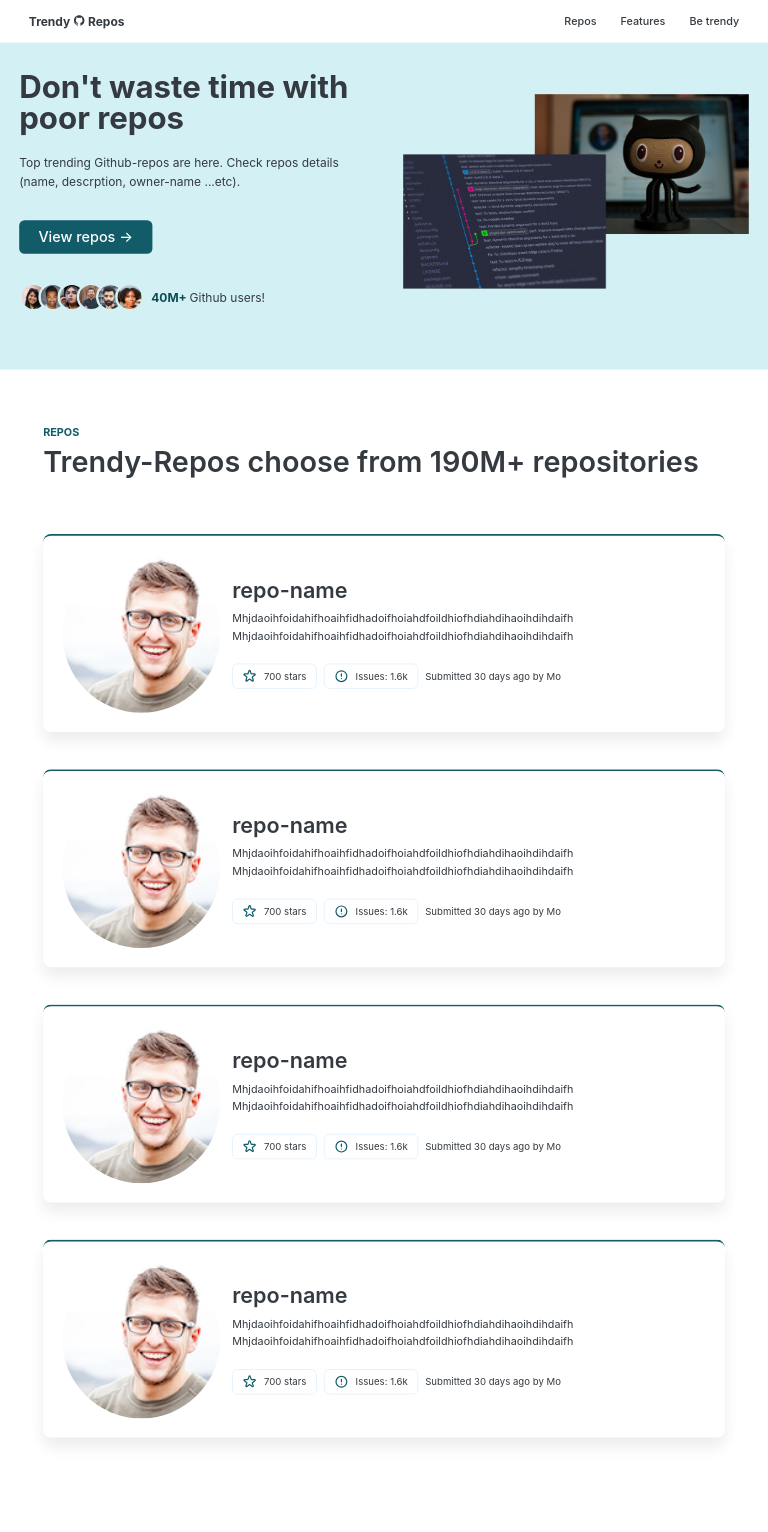
Repository: MoRamdan11/Trending-repos-challenge
Page: /
The author's editor kept a copy of each file at every save. The page is drawn from the files as they stood at one save, then again after the next save.
The browser window is 1280 px wide. The pictures show the whole page, at 60% of full size.
Some web libraries are served in a nearby version. The project was rebuilt for these pictures with package versions that can differ from the ones it lists, and the page was loaded fresh each time. Also part of the build but not shown: src/App.css, src/components/test.js.

Above is the page before, as saved 2021-09-02 02:10:59.

### public/index.html
<!DOCTYPE html>
<html lang="en">
  <head>
    <meta charset="utf-8" />
    <link rel="icon" href="%PUBLIC_URL%/favicon.ico" />
    <meta name="viewport" content="width=device-width, initial-scale=1" />
    <meta name="theme-color" content="#000000" />
    <meta
      name="description"
      content="Web site created using create-react-app"
    />
    <link rel="apple-touch-icon" href="%PUBLIC_URL%/logo192.png" />
    <link rel="manifest" href="%PUBLIC_URL%/manifest.json" />
    <title>React App</title>
    <link
      href="https://fonts.googleapis.com/css2?family=Rubik:wght@400;500;600;700&display=swap"
      rel="stylesheet"
    />
    <link rel="stylesheet" href="style.css" />
    <script
      type="module"
      src="https://unpkg.com/ionicons@5.4.0/dist/ionicons/ionicons.esm.js"
    ></script>
    <script
      nomodule=""
      src="https://unpkg.com/ionicons@5.4.0/dist/ionicons/ionicons.js"
    ></script>
  </head>
  <body>
    <noscript>You need to enable JavaScript to run this app.</noscript>
    <div id="root"></div>
  </body>
</html>

### src/App.js
import "./App.css";
import {
  BrowserRouter,
  Route,
  Switch,
  Link,
  NavLink,
  Router,
} from "react-router-dom";
import Test from "./components/test";
import Hero from "./components/Hero/hero.js";
import Home from "./pages/home.js";

function App() {
  return (
    <BrowserRouter>
      <div>
        <Switch>
          <Route path="/" component={Home} exact={true} />
        </Switch>
      </div>
    </BrowserRouter>
  );
}

export default App;

### src/components/Hero/hero.js
import React from "react";
import "./hero.css";

const Hero = () => {
  return (
    <div className="hero">
      <div className="hero-container grid grid--2cols">
        <div>
          <h1 className="heading-primay">Don't waste time with poor repos</h1>
          <p className="hero-text">
            Top trending Github-repos are here. Check repos details (name,
            descrption, owner-name ...etc).
          </p>
          <a href="#" className="btn">
            View repos &rarr;
          </a>
          <div className="users-container">
            <div className="user-imgs">
              <img
                src={require("../../img/users/user-1.jpg").default}
                alt="github-user-img"
              />
              <img
                src={require("../../img/users/user-2.jpg").default}
                alt="github-user-img"
              />
              <img
                src={require("../../img/users/user-3.jpg").default}
                alt="github-user-img"
              />
              <img
                src={require("../../img/users/user-4.jpg").default}
                alt="github-user-img"
              />
              <img
                src={require("../../img/users/user-5.jpg").default}
                alt="github-user-img"
              />
              <img
                src={require("../../img/users/user-6.jpg").default}
                alt="github-user-img"
              />
            </div>
            <p className="users-text">
              <span>40M+ </span>Github users!
            </p>
          </div>
        </div>
        <div className="hero-img-box">
          <img
            class="hero-img"
            src={require("./hero-img.png").default}
            alt="github logo and github code"
          />
        </div>
      </div>
    </div>
  );
};

export default Hero;

### src/pages/home.js
import React from "react";
import Navbar from "../components/Navbar/navbar";
import Hero from "../components/Hero/hero";
import Repos from "../components/section-repos";
const Home = () => {
  return (
    <header>
      <Navbar />
      <Hero />
      <Repos />
    </header>
  );
};

export default Home;

### src/components/Hero/hero.css
.hero {
  background-color: #d3f1f5;
  padding: 4.8rem 0 9.6rem 0;
}

.hero-container {
  max-width: 130rem;
  margin: 0 auto;
  /*padding left-rigt to give some space when screen become smaller*/
  padding: 0 3.2rem;
}

.hero-text {
  font-size: 2rem;
  line-height: 1.6;
  margin-bottom: 4.8rem;
}

.hero-img-box {
  align-self: center;
}

.hero-img {
  width: 100%;
}

.users-container {
  display: flex;
  align-items: center;
  gap: 1.2rem;
  margin-top: 4.8rem;
}

.user-imgs img {
  width: 4.8rem;
  height: 4.8rem;
  border-radius: 50%;
  margin-right: -1.6rem;
  border: 4px solid #d3f1f5;
}

.user-imgs img:last-child {
  margin-right: 0;
}

.users-text {
  font-size: 2rem;
  line-height: 1.6;
}
.users-text span {
  font-weight: 700;
  color: #0e4a53;
}

### src/components/Navbar/navbar.js
import React from "react";
import "./navbar.css";

const Navbar = () => {
  return (
    <header className="main-header">
      <h1 className="nav-header">
        Trendy <ion-icon name="logo-github"></ion-icon> Repos
      </h1>
      <nav className="main-nav">
        <ul className="nav-list">
          <a className="nav-link" href="#">
            Repos
          </a>
          <a className="nav-link" href="#">
            Features
          </a>
          <a className="nav-link" href="#">
            Be trendy
          </a>
        </ul>
      </nav>
    </header>
  );
};

export default Navbar;

### src/components/section-repos.js
import React from "react";
import Repo from "./Repo-Row/repo";
import "./section-repos.css";

const Repos = () => {
  return (
    <section className="section-repos">
      <div className="container">
        <header>
          <p className="subheading">Repos</p>
          <h2 className="heading-secondary">
            Trendy-Repos choose from 190M+ repositories
          </h2>
        </header>
        <div>
          <Repo />
          <Repo major="1" />
          <Repo />
          <Repo major="1" />
        </div>
      </div>
    </section>
  );
};

export default Repos;

### src/components/Navbar/navbar.css
.main-header {
  padding: 2.4rem 4.8rem;
  display: flex;
  justify-content: space-between;
  align-items: center;
}

.nav-list {
  list-style: none;
  display: flex;
  gap: 4rem;
}

.nav-link:link,
.nav-link:visited {
  display: inline-block;
  text-decoration: none;
  color: #343a40;
  font-size: 1.8rem;
  font-weight: 500;
}

/*
- Font sizes (px)
10 / 12 / 14 / 16 / 18 / 20 / 24 / 30 / 36 / 44 / 52 / 62 / 74 / 86 / 98

- Spacing system (px)
2 / 4 / 8 / 12 / 16 / 24 / 32 / 48 / 64 / 80 / 96 / 128
*/

### src/components/Repo-Row/repo.js
import React from "react";
import "./repo.css";
const Repo = (props) => {
  return (
    <div
      className="repo-box"
      // style={{ backgroundColor: props.major == 1 && "#fff" }}
    >
      <img
        src={require("../../img/users/steve.jpg").default}
        alt="repo-owner-img"
        className="repo-img"
      />
      <div>
        <p className="repo-name">repo-name</p>
        <p className="repo-description">
          Mhjdaoihfoidahifhoaihfidhadoifhoiahdfoildhiofhdiahdihaoihdihdaifh
          Mhjdaoihfoidahifhoaihfidhadoifhoiahdfoildhiofhdiahdihaoihdihdaifh
        </p>
        <aside className="repo-secondary-info">
          <div className="repo-stars">
            <svg
              xmlns="http://www.w3.org/2000/svg"
              class="icon"
              fill="none"
              viewBox="0 0 24 24"
              stroke="currentColor"
            >
              <path
                stroke-linecap="round"
                stroke-linejoin="round"
                stroke-width="2"
                d="M11.049 2.927c.3-.921 1.603-.921 1.902 0l1.519 4.674a1 1 0 00.95.69h4.915c.969 0 1.371 1.24.588 1.81l-3.976 2.888a1 1 0 00-.363 1.118l1.518 4.674c.3.922-.755 1.688-1.538 1.118l-3.976-2.888a1 1 0 00-1.176 0l-3.976 2.888c-.783.57-1.838-.197-1.538-1.118l1.518-4.674a1 1 0 00-.363-1.118l-3.976-2.888c-.784-.57-.38-1.81.588-1.81h4.914a1 1 0 00.951-.69l1.519-4.674z"
              />
            </svg>
            <p>700 stars</p>
          </div>
          <div className="repo-issues">
            <svg
              xmlns="http://www.w3.org/2000/svg"
              class="icon"
              fill="none"
              viewBox="0 0 24 24"
              stroke="currentColor"
            >
              <path
                stroke-linecap="round"
                stroke-linejoin="round"
                stroke-width="2"
                d="M12 8v4m0 4h.01M21 12a9 9 0 11-18 0 9 9 0 0118 0z"
              />
            </svg>
            <p>Issues: 1.6k</p>
          </div>
          <p className="repo-submit">Submitted 30 days ago by Mo</p>
        </aside>
      </div>
    </div>
  );
};

export default Repo;

### src/components/section-repos.css
.section-repos {
  padding: 9.6rem 0;
}

### src/components/Repo-Row/repo.css
.repo-box {
  /*Special-Grid*/
  display: grid;
  grid-template-columns: 1fr 3fr;
  column-gap: 2rem;
  box-shadow: 0 1.6rem 2.4rem rgba(0, 0, 0, 0.075);
  padding: 3.2rem;
  border-radius: 13px;
  align-items: center;
  border-top: 3px solid #115c68;
  transition: all 0.4s;
  margin-bottom: 6.2rem;
  overflow: hidden;
}

/* .repo-box:first-child {
  border: none;
} */
.repo-box:hover {
  transform: translateY(-1.2rem);
}
.repo-img {
  width: 100%;
  border-radius: 50%;
  transition: all 0.3s;
}

/* .repo-img:hover {
  transform: scale(1.1);
} */
.repo-name {
  font-size: 3.6rem;
  font-weight: 600;
  margin-bottom: 1.6rem;
}

.repo-description {
  font-size: 1.8rem;
  line-height: 1.6;
  margin-bottom: 3.2rem;
}

.repo-secondary-info {
  display: flex;
  gap: 1.2rem;
  align-items: center;
}

.repo-stars,
.repo-issues {
  font-size: 1.6rem;
  padding: 0.8rem 1.6rem;
  border-radius: 9px;
  border: 1px solid #d6ebfc;
  display: flex;
  align-items: center;
  gap: 1.2rem;
}

.icon {
  width: 2.4rem;
  height: 2.4rem;
  color: #115c68;
}

.repo-submit {
  font-size: 1.6rem;
}

### public/style.css
* {
  margin: 0;
  padding: 0;
  box-sizing: border-box;
}

html {
  font-size: 62.5%;
}

body {
  font-family: "Rubik", sans-serif;
  line-height: 1;
  font-weight: 400;
  color: #343a40;
}

/***********************/
/*RESUABLE CLASSES*/
/**********************/

.grid {
  display: grid;
  column-gap: 6.4rem;
  row-gap: 9.6rem;
}

.grid--2cols {
  grid-template-columns: repeat(2, 1fr);
}

.container {
  max-width: 120rem;
  margin: 0 auto;
  /*padding left-rigt to give some space when screen become smaller*/
  padding: 0 3.2rem;
}

.heading-primay {
  font-size: 5.2rem;
  font-weight: 700;
  margin-bottom: 3.2rem;
}

.heading-secondary {
  font-size: 4.8rem;
  font-weight: 600;
  margin-bottom: 9.6rem;
}

.subheading {
  font-size: 1.8rem;
  text-transform: uppercase;
  font-weight: 700;
  color: #115c68;
  margin-bottom: 1.6rem;
}

.btn:link,
.btn:visited {
  display: inline-block; /*Applying box model to <a> tag*/
  text-decoration: none;
  font-size: 2.4rem;
  font-weight: 500;
  padding: 1.6rem 3.2rem;
  border-radius: 9px;
  background-color: #115c68;
  color: #fff;
  transition: all 0.3s;
  cursor: pointer;
}

.btn:hover,
.btn:active {
  background-color: #0e4a53;
}

/* .container {
  padding: 9.6rem 0;
} */
/*
--- 01 TYPOGRAPHY SYSTEM

- Font sizes (px)
10 / 12 / 14 / 16 / 18 / 20 / 24 / 30 / 36 / 44 / 52 / 62 / 74 / 86 / 98

h1-size: 5.2rem
p-size: 2rem

- Font weights
Default: 400
Medium: 500
Semi-bold: 600
Bold: 700

- Line heights
Default: 1
Small: 1.05
Medium: 1.2
Paragraph default: 1.6

- Letter spacing
-0.5px
0.75px

--- 02 COLORS
- primary: #339af0
-Tints:#d6ebfc
-Shades:
#115c68
-Accents:
-Greys:
#343a40

*/

Loaded but not shown: src/index.js (common file); src/index.css (common file); src/reportWebVitals.js (common file)

After the next save:
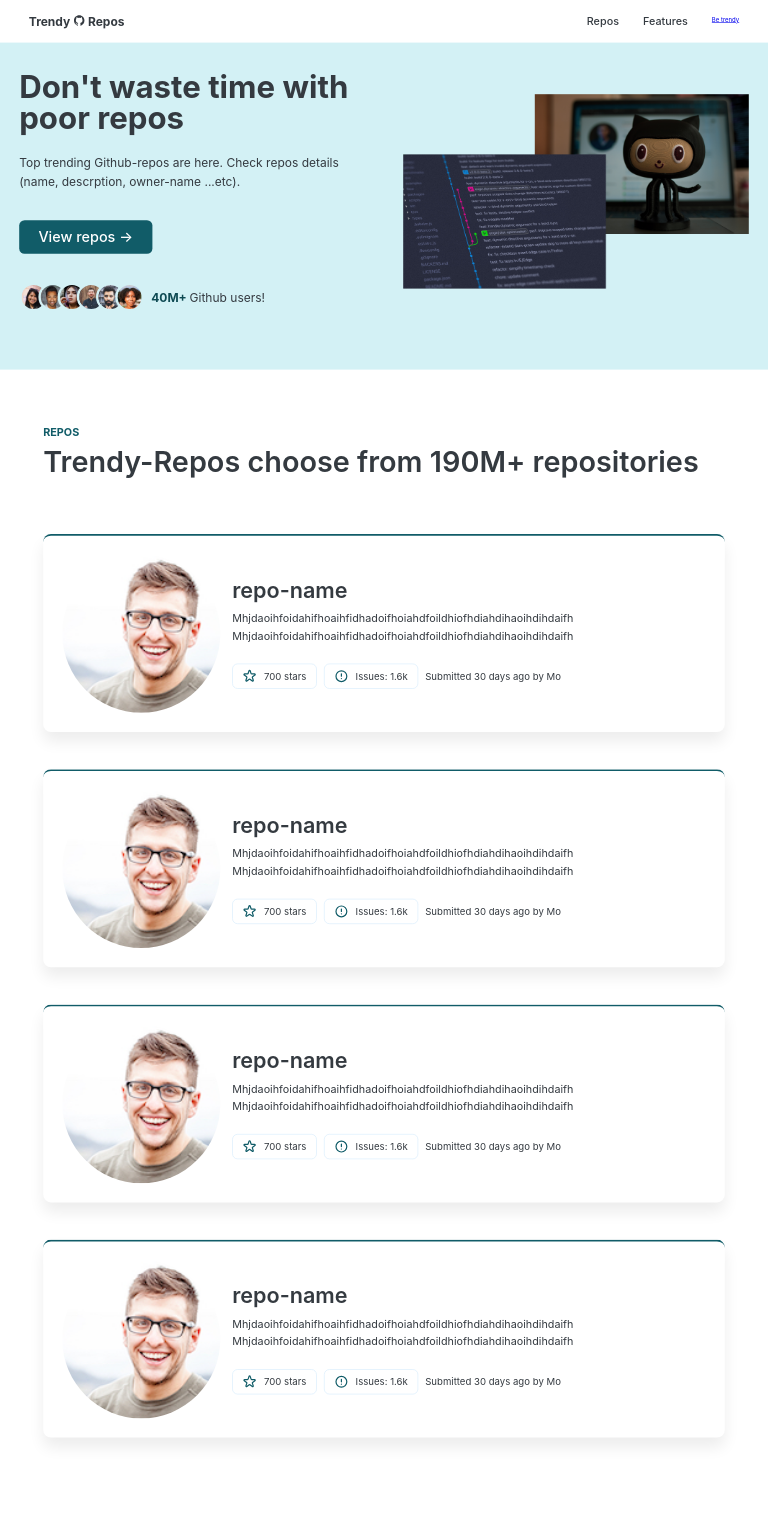
Saved 17 s later.
--- a/src/components/Navbar/navbar.js
+++ b/src/components/Navbar/navbar.js
@@ -15,7 +15,7 @@
           <a className="nav-link" href="#">
             Features
           </a>
-          <a className="nav-link" href="#">
+          <a className="nav-btn" href="#">
             Be trendy
           </a>
         </ul>

After the save that followed:
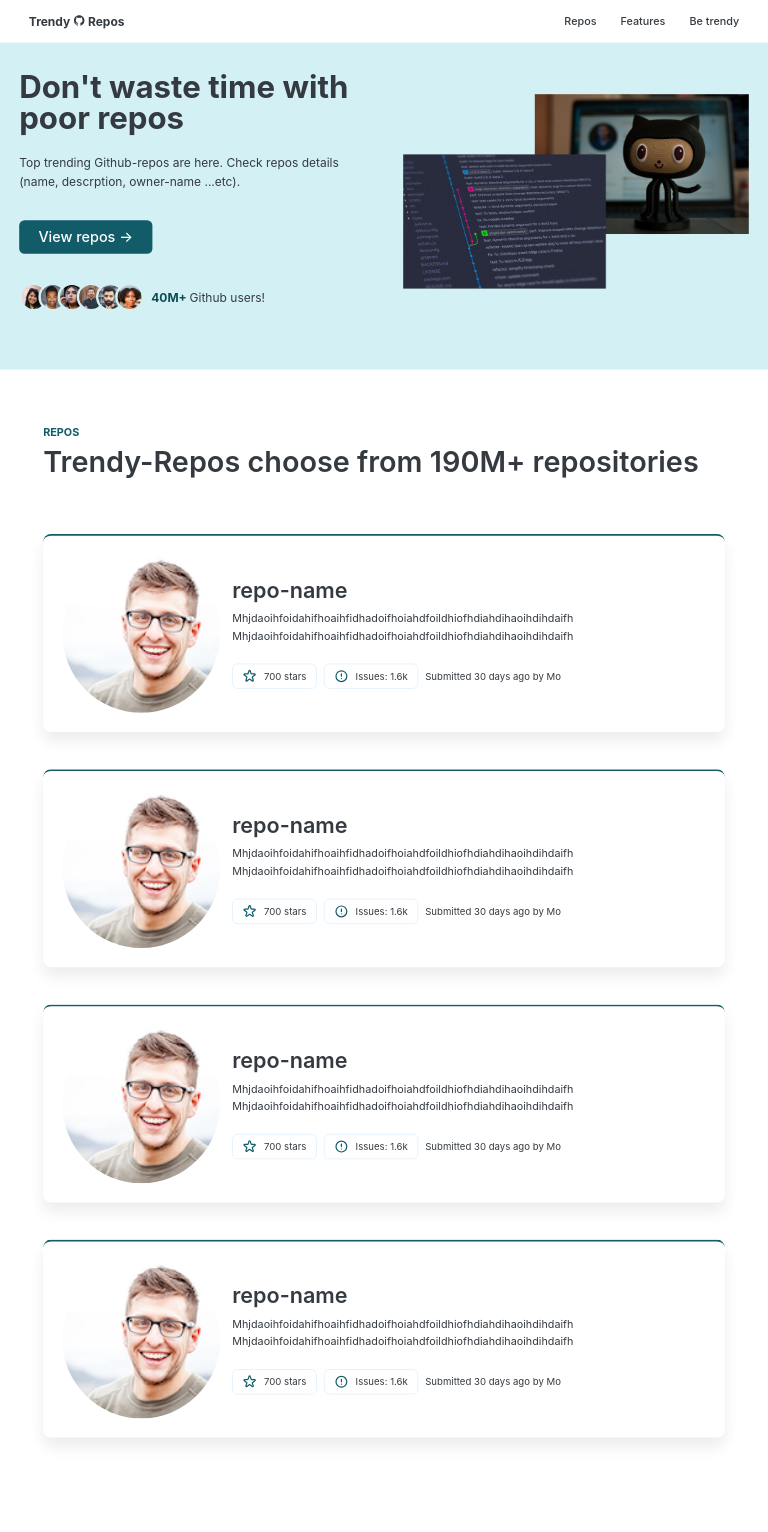
Saved 14 s later.
--- a/src/components/Navbar/navbar.css
+++ b/src/components/Navbar/navbar.css
@@ -11,6 +11,7 @@
   gap: 4rem;
 }
 
+.nav-btn,
 .nav-link:link,
 .nav-link:visited {
   display: inline-block;
